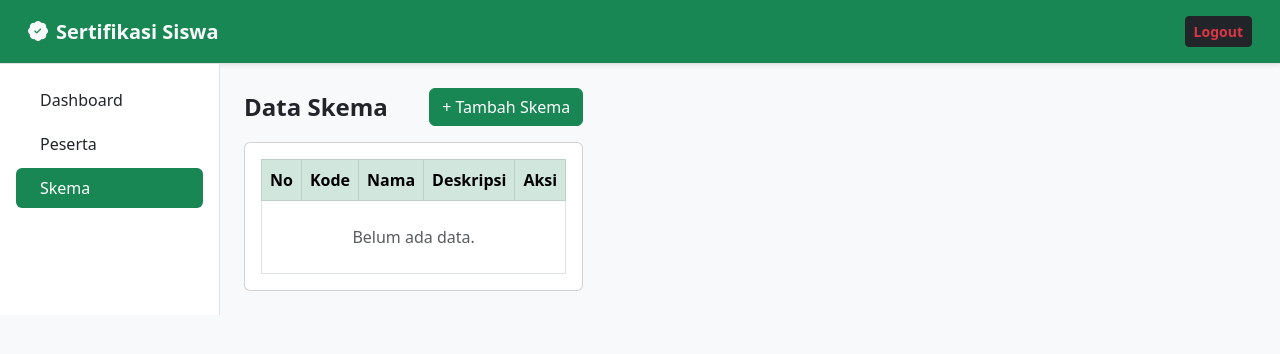
Repository: Zaki-Blip/USK_Project
Page: http://localhost/skema
The author's editor kept a copy of each file at every save. The page is drawn from the files as they stood at one save, then again after the next save.
The browser window is 1280 px wide. The pictures show the whole page.
The page is served by the project's Laravel application, run on PHP 8.4 with Laravel 12. A made-up administrator, Test User (test@example.com), is signed in. Other server files are loaded and not shown. Queries for data that is not in the repository find no rows.

Above is the page before, as saved 2026-10-13 14:15:40.

### routes/web.php
<?php

use Illuminate\Support\Facades\Route;
use App\Http\Controllers\AuthController;
use App\Http\Controllers\DashboardController;
use App\Http\Controllers\PesertaController;
use App\Http\Controllers\SkemaController;

// Halaman Awal (publik)
Route::view('/', 'halamanAwal')->name('halamanAwal');

// Area Guest (belum login)
Route::middleware('guest')->group(function () {
    Route::get('/login', [AuthController::class, 'showLogin'])->name('login');
    Route::post('/login', [AuthController::class, 'login']);

    Route::get('/register', [AuthController::class, 'showRegister'])->name('register');
    Route::post('/register', [AuthController::class, 'register']);
});

// Area Terproteksi (sudah login)
Route::middleware('auth')->group(function () {
    Route::post('/logout', [AuthController::class, 'logout'])->name('logout');
    Route::get('/dashboard', [DashboardController::class, 'index'])->name('dashboard');

    // Khusus admin (harus di atas)
    Route::middleware('role:admin')->group(function () {
        Route::resource('peserta', PesertaController::class)
            ->parameters(['peserta' => 'peserta'])
            ->only(['create', 'store', 'destroy']);

        Route::resource('skema', SkemaController::class)
            ->except(['index', 'show']);
    });

    // Admin & user
    Route::resource('peserta', PesertaController::class)
        ->parameters(['peserta' => 'peserta'])
        ->only(['index', 'show', 'edit', 'update']);

    Route::resource('skema', SkemaController::class)
        ->only(['index', 'show']);
});

### app/Models/User.php
<?php

namespace App\Models;

// use Illuminate\Contracts\Auth\MustVerifyEmail;
use App\Models\Peserta;
//use Database\Factories\UserFactory;
use Illuminate\Database\Eloquent\Attributes\Fillable;
use Illuminate\Database\Eloquent\Attributes\Hidden;
use Illuminate\Database\Eloquent\Factories\HasFactory;
use Illuminate\Foundation\Auth\User as Authenticatable;
use Illuminate\Notifications\Notifiable;

#[Fillable(['name', 'email', 'password','role'])]
#[Hidden(['password', 'remember_token'])]
class User extends Authenticatable
{
    /** @use HasFactory<UserFactory> */
    use HasFactory, Notifiable;

    /**
     * Get the attributes that should be cast.
     *
     * @return array<string, string>
     */
    protected function casts(): array
    {
        return [
            'email_verified_at' => 'datetime',
            'password' => 'hashed',
        ];
    }
    public function isAdmin(): bool
{
    return $this->role === 'admin';
}
    public function peserta()
{
    return $this->hasOne(Peserta::class);
}
}

### app/Http/Controllers/SkemaController.php
<?php

namespace App\Http\Controllers;

use App\Models\Skema;
//use App\Models\User;
use Illuminate\Http\Request;

class SkemaController extends Controller
{
    public function index(Request $request)
{
    $user = $request->user();

    $skemas = $user->isAdmin()
        ? Skema::all()
        : Skema::where('id', $user->peserta?->skema_id)->get();

    return view('skema.index', compact('skemas'));
}

public function show(Request $request, Skema $skema)
{
    $user = $request->user();

    abort_if(! $user->isAdmin() && $skema->id != $user->peserta?->skema_id, 403);

    return view('skema.show', compact('skema'));
}

    public function create()
    {
        return view('skema.create');
    }

    public function store(Request $request)
    {
        $validated = $request->validate([
            'kode_skema' => ['required', 'max:20', 'regex:/^[A-Z]{2,6}-[A-Z0-9]{2,6}-?[0-9]{0,4}$/', 'unique:skemas,kode_skema'],
            'nama_skema' => ['required', 'max:150', 'regex:/^[a-zA-Z0-9\s\.\-\/]+$/'],
            'deskripsi'  => ['nullable', 'string', 'max:500'],
        ], [
            'kode_skema.required' => 'Kode skema wajib diisi.',
            'kode_skema.regex'    => 'Format kode: JWD-2026 atau SKM-WEB-01.',
            'kode_skema.unique'   => 'Kode skema sudah dipakai.',
            'nama_skema.required' => 'Nama skema wajib diisi.',
            'nama_skema.regex'    => 'Nama hanya boleh huruf, angka, dan simbol dasar.',
            'deskripsi.max'       => 'Deskripsi maksimal 500 karakter.',
        ]);

        Skema::create($validated);
        return redirect()->route('skema.index')->with('sukses', 'Skema berhasil ditambahkan.');
    }

    public function edit(Skema $skema)
    {
        return view('skema.edit', compact('skema'));
    }

    public function update(Request $request, Skema $skema)
    {
        $validated = $request->validate([
            'kode_skema' => ['required', 'max:20','unique:skemas,kode_skema,' . $skema->id],
            'nama_skema' => ['required', 'max:150', 'regex:/^[a-zA-Z0-9\s\.\-\/]+$/'],
            'deskripsi'  => ['nullable', 'string', 'max:500'],
        ], [
            'kode_skema.required' => 'Kode skema wajib diisi.',
            'kode_skema.unique'   => 'Kode skema sudah dipakai.',
            'nama_skema.required' => 'Nama skema wajib diisi.',
            'nama_skema.regex'    => 'Nama hanya boleh huruf, angka, dan simbol dasar.',
            'deskripsi.max'       => 'Deskripsi maksimal 500 karakter.',
        ]);

        $skema->update($validated);
        return redirect()->route('skema.index')->with('sukses', 'Skema berhasil diperbarui.');
    }

    public function destroy(Skema $skema)
    {
        // Cek apakah masih dipakai peserta
        if ($skema->pesertas()->count() > 0) {
            return redirect()->route('skema.index')
                ->with('error', 'Skema tidak bisa dihapus karena masih dipakai peserta.');
        }

        $skema->delete();
        return redirect()->route('skema.index')->with('sukses', 'Skema berhasil dihapus.');
    }
}

### app/Models/Skema.php
<?php

namespace App\Models;

use Illuminate\Database\Eloquent\Model;

class Skema extends Model
{
    protected $table = 'skemas'; // ← tambahkan

    protected $fillable = ['kode_skema', 'nama_skema', 'deskripsi'];

    public function pesertas()
    {
        return $this->hasMany(Peserta::class, 'skema_id');
    }
}

### resources/views/skema/index.blade.php
@extends('layouts.app')
@section('content')

<div class="d-flex justify-content-between align-items-center mb-3">
    <h4 class="fw-bold mb-0">Data Skema</h4>
    <a href="{{ route('skema.create') }}" class="btn btn-success">+ Tambah Skema</a>
</div>

<div class="card p-3">
    <div class="table-responsive">
        <table class="table table-bordered table-hover align-middle mb-0">
            <thead class="table-success">
                <tr>
                    <th>No</th>
                    <th>Kode</th>
                    <th>Nama</th>
                    <th>Deskripsi</th>
                    <th class="text-center">Aksi</th>
                </tr>
            </thead>
            <tbody>
            @forelse($skemas as $i => $s)
                <tr>
                    <td>{{ $loop->iteration }}</td>
                    <td><span class="badge bg-success">{{ $s->kode_skema }}</span></td>
                    <td class="fw-bold">{{ $s->nama_skema }}</td>
                    <td><small class="text-muted">{{ \Str::limit($s->deskripsi, 50) ?: '-' }}</small></td>
                    <td class="text-center">
                        <a href="{{ route('skema.show', $s) }}" class="btn btn-sm btn-info text-white"><i class="bi bi-eye"></i></a>
                        <a href="{{ route('skema.edit', $s) }}" class="btn btn-sm btn-warning"><i class="bi bi-pencil"></i></a>
                        <form action="{{ route('skema.destroy', $s) }}" method="POST" class="d-inline"
                              onsubmit="return confirm('Hapus data ini?')">@csrf @method('DELETE')
                            <button class="btn btn-sm btn-danger"><i class="bi bi-trash"></i></button>
                        </form>
                    </td>
                </tr>
            @empty
                <tr><td colspan="6" class="text-center text-muted py-4">Belum ada data.</td></tr>
            @endforelse
            </tbody>
        </table>
    </div>


</div>

@endsection

### resources/views/layouts/app.blade.php
<!DOCTYPE html>
<html lang="id">
<head>
    <meta charset="UTF-8">
    <meta name="viewport" content="width=device-width, initial-scale=1">
    <title>@yield('title', 'Web Sertifikasi')</title>
    <link href="https://cdn.jsdelivr.net/npm/bootstrap@5.3.0/dist/css/bootstrap.min.css" rel="stylesheet">
    <link href="https://cdn.jsdelivr.net/npm/bootstrap-icons@1.11.0/font/bootstrap-icons.css" rel="stylesheet">
</head>
<body class="bg-light min-vh-100">

    {{-- Topbar --}}
    <div class="border-bottom bg-success p-3 shadow-sm">
        <div class="container-fluid d-flex justify-content-between align-items-center">
            <span class="fw-bold text-light fs-5">
                <i class="bi bi-patch-check-fill me-2"></i>Sertifikasi Siswa
            </span>
            <form method="POST" action="{{ route('logout') }}">
                @csrf
                <button class="btn btn-sm btn-dark fw-bold text-danger">Logout</button>
            </form>
        </div>
    </div>

    <div class="d-flex flex-column flex-md-row">

        {{-- Sidebar --}}
        <aside class="bg-white border-end p-3" style="min-width: 220px;">
            <nav class="nav nav-pills flex-column gap-1">

                <a href="{{ route('dashboard') }}"
                   class="nav-link {{ request()->routeIs('dashboard') ? 'active bg-success' : 'text-dark' }}">
                    <i class="bi me-2"></i>Dashboard
                </a>

                @if(auth()->user()->isAdmin())
                    <a href="{{ route('peserta.index') }}"
                       class="nav-link {{ request()->routeIs('peserta.*') ? 'active bg-success' : 'text-dark' }}">
                        <i class="bi me-2"></i>Peserta
                    </a>

                    <a href="{{ route('skema.index') }}"
                       class="nav-link {{ request()->routeIs('skema.*') ? 'active bg-success' : 'text-dark' }}">
                        <i class="bi me-2"></i>Skema
                    </a>
                @elseif(auth()->user()->peserta)
                    <a href="{{ route('peserta.show', auth()->user()->peserta) }}"
                       class="nav-link {{ request()->routeIs('peserta.*') ? 'active bg-success' : 'text-dark' }}">
                        <i class="bi me-2"></i>Edit Data Saya
                    </a>
                @endif

            </nav>
        </aside>

        {{-- Isi Content --}}
        <main class="flex-1 p-4" style="min-width: 0;">
            <div class="mx-auto" style="max-width: 1000px;">
                @if(session('sukses'))
                    <div class="alert alert-success">{{ session('sukses') }}</div>
                @endif
                @if(session('error'))
                    <div class="alert alert-danger">{{ session('error') }}</div>
                @endif
               @if($errors->any())
                    <div class="alert alert-danger">
                        <ul class="mb-0 ps-3">
                            @foreach($errors->all() as $pesan)
                                <li>{{ $pesan }}</li>
                            @endforeach
                        </ul>
                    </div>
                @endif
                @yield('content')
            </div>
        </main>
    </div>

    <script src="https://cdn.jsdelivr.net/npm/bootstrap@5.3.0/dist/js/bootstrap.bundle.min.js"></script>
</body>
</html>

Loaded but not shown: app/Http/Controllers/Controller.php (common file)

After the next save:
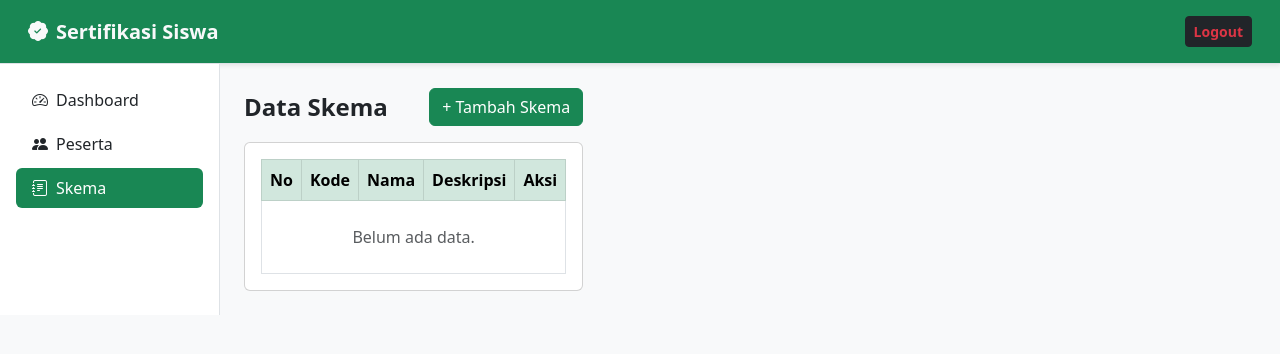
Saved 27 s later.
--- a/resources/views/layouts/app.blade.php
+++ b/resources/views/layouts/app.blade.php
@@ -30,23 +30,23 @@
 
                 <a href="{{ route('dashboard') }}"
                    class="nav-link {{ request()->routeIs('dashboard') ? 'active bg-success' : 'text-dark' }}">
-                    <i class="bi me-2"></i>Dashboard
+                    <i class="bi bi-speedometer2 me-2"></i>Dashboard
                 </a>
 
                 @if(auth()->user()->isAdmin())
                     <a href="{{ route('peserta.index') }}"
                        class="nav-link {{ request()->routeIs('peserta.*') ? 'active bg-success' : 'text-dark' }}">
-                        <i class="bi me-2"></i>Peserta
+                        <i class="bi bi-people-fill me-2"></i>Peserta
                     </a>
 
                     <a href="{{ route('skema.index') }}"
                        class="nav-link {{ request()->routeIs('skema.*') ? 'active bg-success' : 'text-dark' }}">
-                        <i class="bi me-2"></i>Skema
+                        <i class="bi bi-journal-text me-2"></i>Skema
                     </a>
                 @elseif(auth()->user()->peserta)
                     <a href="{{ route('peserta.show', auth()->user()->peserta) }}"
                        class="nav-link {{ request()->routeIs('peserta.*') ? 'active bg-success' : 'text-dark' }}">
-                        <i class="bi me-2"></i>Edit Data Saya
+                        <i class="bi bi-person-circle me-2"></i>Edit Data Saya
                     </a>
                 @endif
 

After the save that followed:
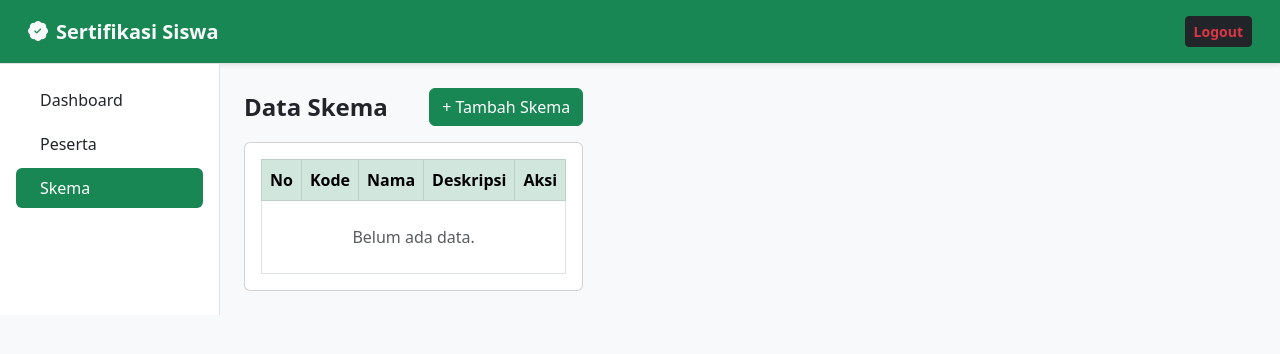
Saved 107 s later.
--- a/resources/views/layouts/app.blade.php
+++ b/resources/views/layouts/app.blade.php
@@ -30,23 +30,23 @@
 
                 <a href="{{ route('dashboard') }}"
                    class="nav-link {{ request()->routeIs('dashboard') ? 'active bg-success' : 'text-dark' }}">
-                    <i class="bi bi-speedometer2 me-2"></i>Dashboard
+                    <i class="bi me-2"></i>Dashboard
                 </a>
 
                 @if(auth()->user()->isAdmin())
                     <a href="{{ route('peserta.index') }}"
                        class="nav-link {{ request()->routeIs('peserta.*') ? 'active bg-success' : 'text-dark' }}">
-                        <i class="bi bi-people-fill me-2"></i>Peserta
+                        <i class="bi me-2"></i>Peserta
                     </a>
 
                     <a href="{{ route('skema.index') }}"
                        class="nav-link {{ request()->routeIs('skema.*') ? 'active bg-success' : 'text-dark' }}">
-                        <i class="bi bi-journal-text me-2"></i>Skema
+                        <i class="bi me-2"></i>Skema
                     </a>
                 @elseif(auth()->user()->peserta)
                     <a href="{{ route('peserta.show', auth()->user()->peserta) }}"
                        class="nav-link {{ request()->routeIs('peserta.*') ? 'active bg-success' : 'text-dark' }}">
-                        <i class="bi bi-person-circle me-2"></i>Edit Data Saya
+                        <i class="bi me-2"></i>Edit Data Saya
                     </a>
                 @endif
 
